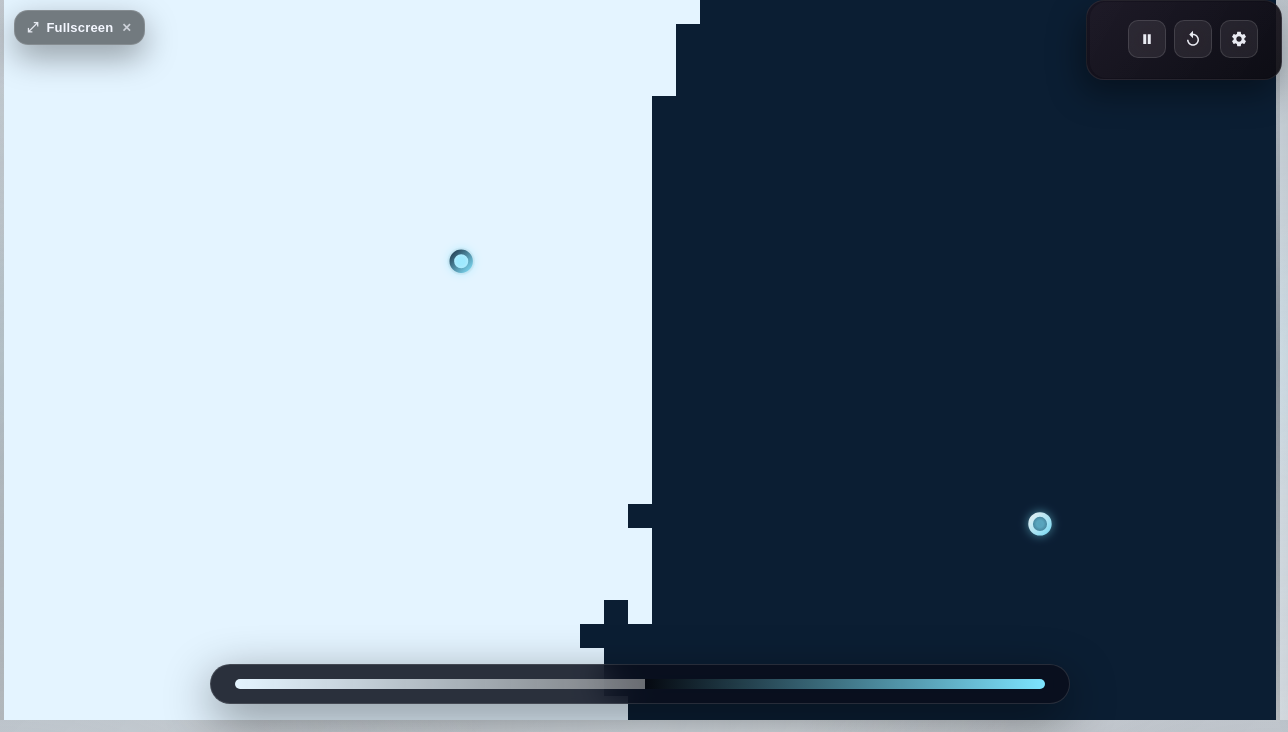
Repository: trevor050/pong
Page: index.html
The author's editor kept a copy of each file at every save. The page is drawn from the files as they stood at one save, then again after the next save.
The browser window is 1280 px wide. The page is 1288 px wide, so the pictures cover 1288 px, including what lies to the right of the window. The pictures show the whole page.

Above is the page before, as saved 2025-12-07 01:58:02.

After the next save:
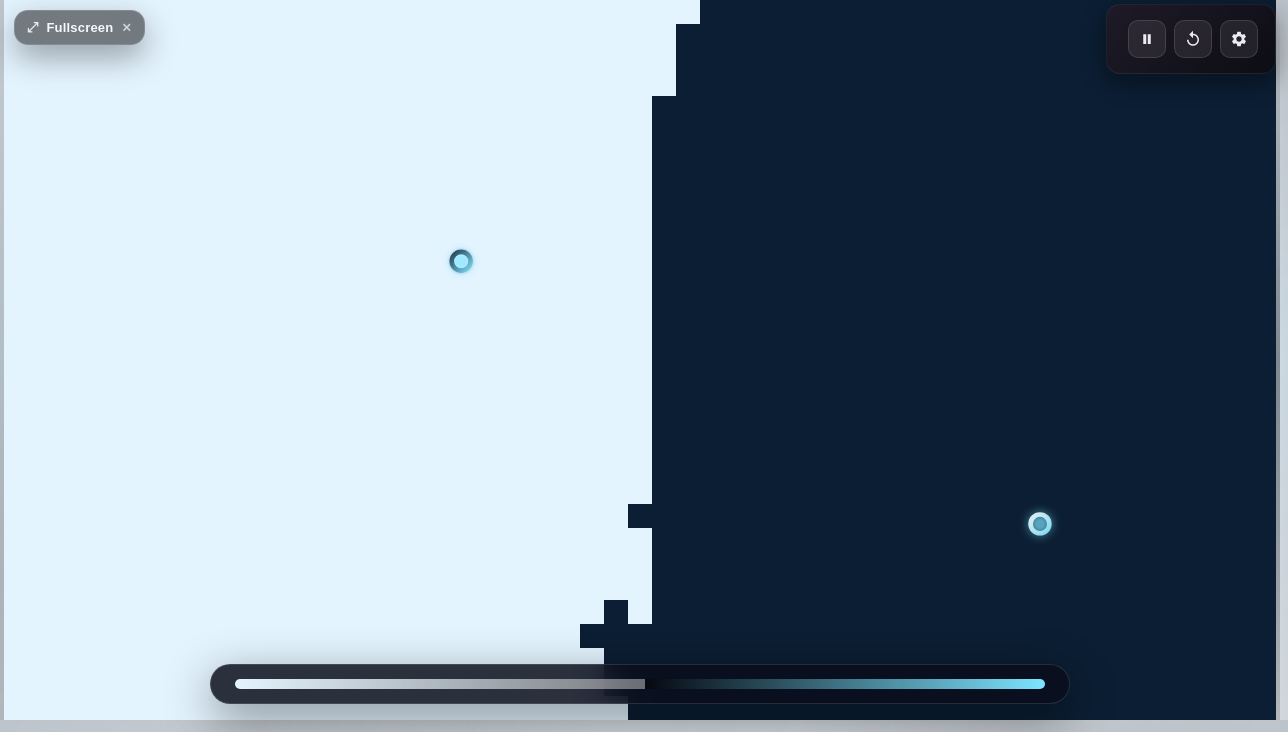
Saved 65 s later.
--- a/styles.css
+++ b/styles.css
@@ -46,18 +46,17 @@
   gap: 10px;
   z-index: 10;
   align-items: center;
-  padding: 10px 12px;
+  padding: 8px;
 }
 
 .chrome-controls::before {
   content: "";
   position: absolute;
-  inset: -8px -10px -10px -24px;
-  border-radius: 18px;
+  inset: -4px;
+  border-radius: 14px;
   background: linear-gradient(145deg, var(--chrome-panel), rgba(12, 10, 16, 0.92));
   border: 1px solid rgba(255, 255, 255, 0.08);
-  box-shadow: -6px 14px 32px rgba(0, 0, 0, 0.38);
-  clip-path: path("M0 0 H100% V70% C74% 74% 64% 96% 50% 96% C36% 96% 24% 74% 0 72% Z");
+  box-shadow: 0 8px 24px rgba(0, 0, 0, 0.4);
   backdrop-filter: blur(16px) saturate(115%);
   pointer-events: none;
   z-index: 0;
@@ -66,10 +65,9 @@
 .chrome-controls::after {
   content: "";
   position: absolute;
-  inset: -6px -8px -8px -20px;
-  border-radius: 16px;
+  inset: -3px;
+  border-radius: 13px;
   background: linear-gradient(120deg, var(--chrome-panel-highlight), rgba(255, 255, 255, 0.02));
-  clip-path: path("M0 0 H100% V70% C74% 74% 64% 96% 50% 96% C36% 96% 24% 74% 0 72% Z");
   opacity: 0.55;
   pointer-events: none;
   z-index: 0;

After the save that followed:
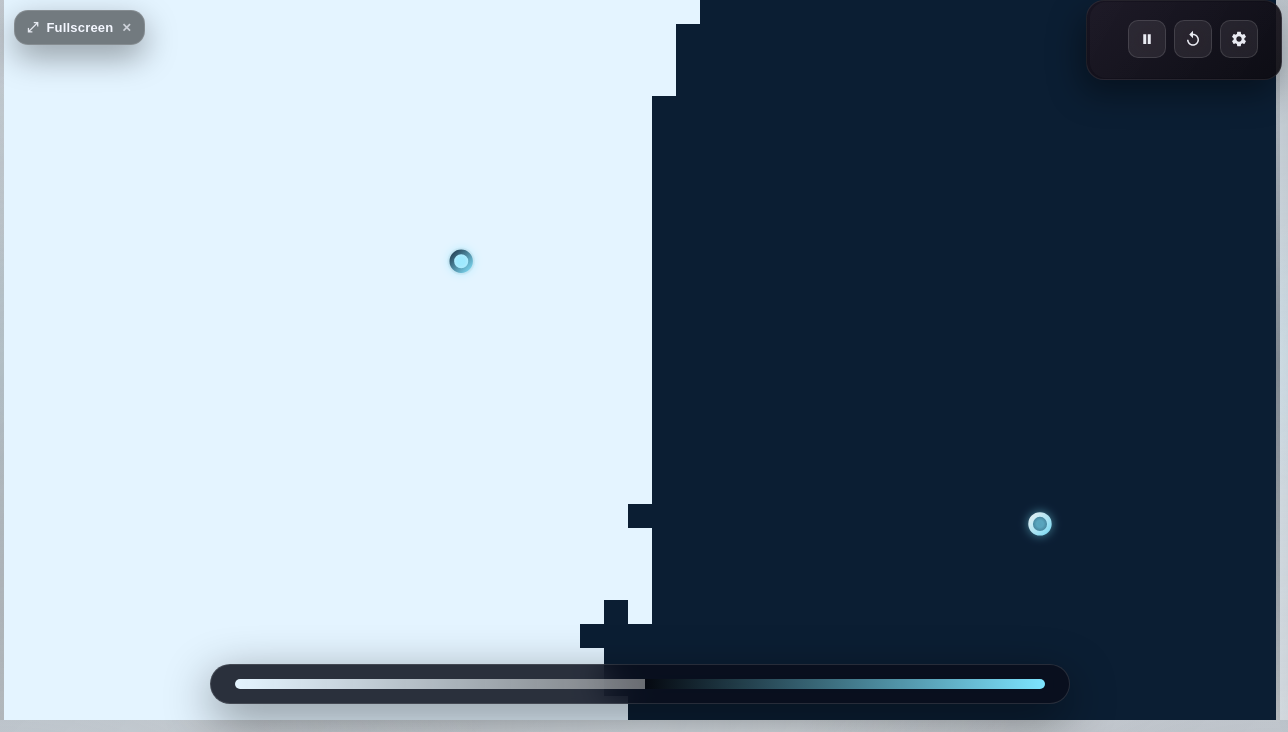
Saved 28 s later.
--- a/styles.css
+++ b/styles.css
@@ -46,17 +46,18 @@
   gap: 10px;
   z-index: 10;
   align-items: center;
-  padding: 8px;
+  padding: 10px 12px;
 }
 
 .chrome-controls::before {
   content: "";
   position: absolute;
-  inset: -4px;
-  border-radius: 14px;
+  inset: -8px -10px -10px -24px;
+  border-radius: 18px;
   background: linear-gradient(145deg, var(--chrome-panel), rgba(12, 10, 16, 0.92));
   border: 1px solid rgba(255, 255, 255, 0.08);
-  box-shadow: 0 8px 24px rgba(0, 0, 0, 0.4);
+  box-shadow: -6px 14px 32px rgba(0, 0, 0, 0.38);
+  clip-path: path("M0 0 H100% V70% C74% 74% 64% 96% 50% 96% C36% 96% 24% 74% 0 72% Z");
   backdrop-filter: blur(16px) saturate(115%);
   pointer-events: none;
   z-index: 0;
@@ -65,9 +66,10 @@
 .chrome-controls::after {
   content: "";
   position: absolute;
-  inset: -3px;
-  border-radius: 13px;
+  inset: -6px -8px -8px -20px;
+  border-radius: 16px;
   background: linear-gradient(120deg, var(--chrome-panel-highlight), rgba(255, 255, 255, 0.02));
+  clip-path: path("M0 0 H100% V70% C74% 74% 64% 96% 50% 96% C36% 96% 24% 74% 0 72% Z");
   opacity: 0.55;
   pointer-events: none;
   z-index: 0;
